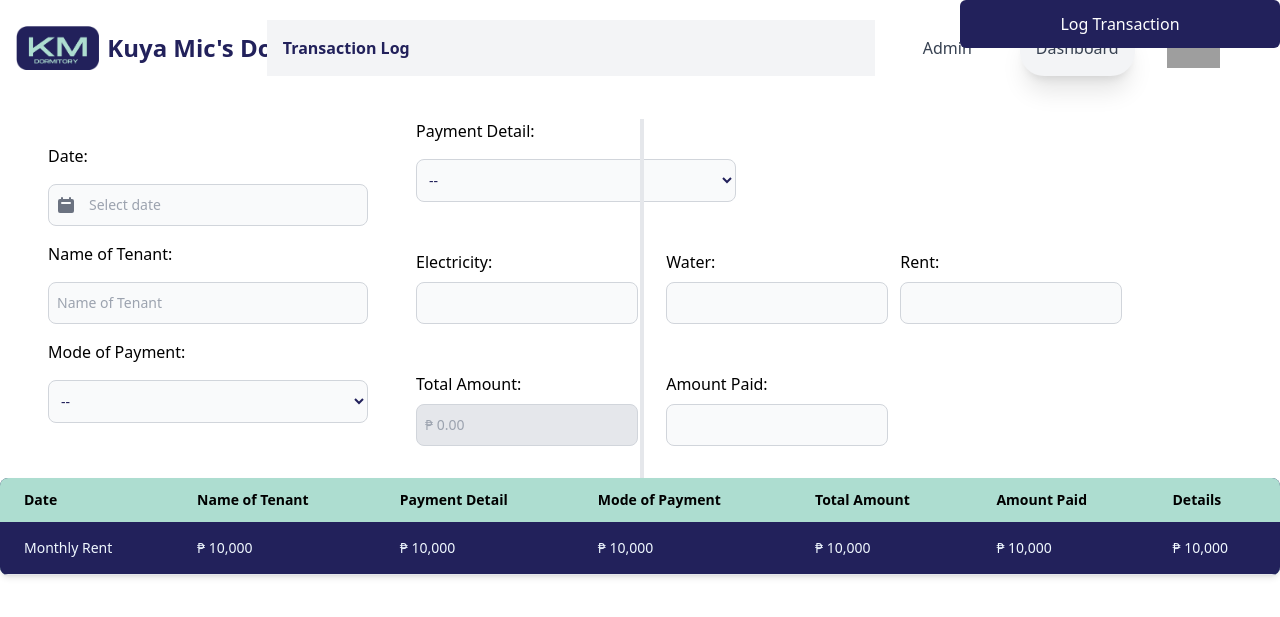
Repository: theamgri/Dormitory-Management-System
Page: paymentactivity.html
An editor plug-in stored every save of this project. The page is shown before and after a run of saves, followed by the edit.
The browser window is 1280 px wide. The pictures show the whole page.
Pictures or frames that could not be fetched are drawn as grey boxes. Some web libraries are served in a nearby version.

Above is the page before, as saved 2023-01-11 22:36:58.

After the next 2 saves:
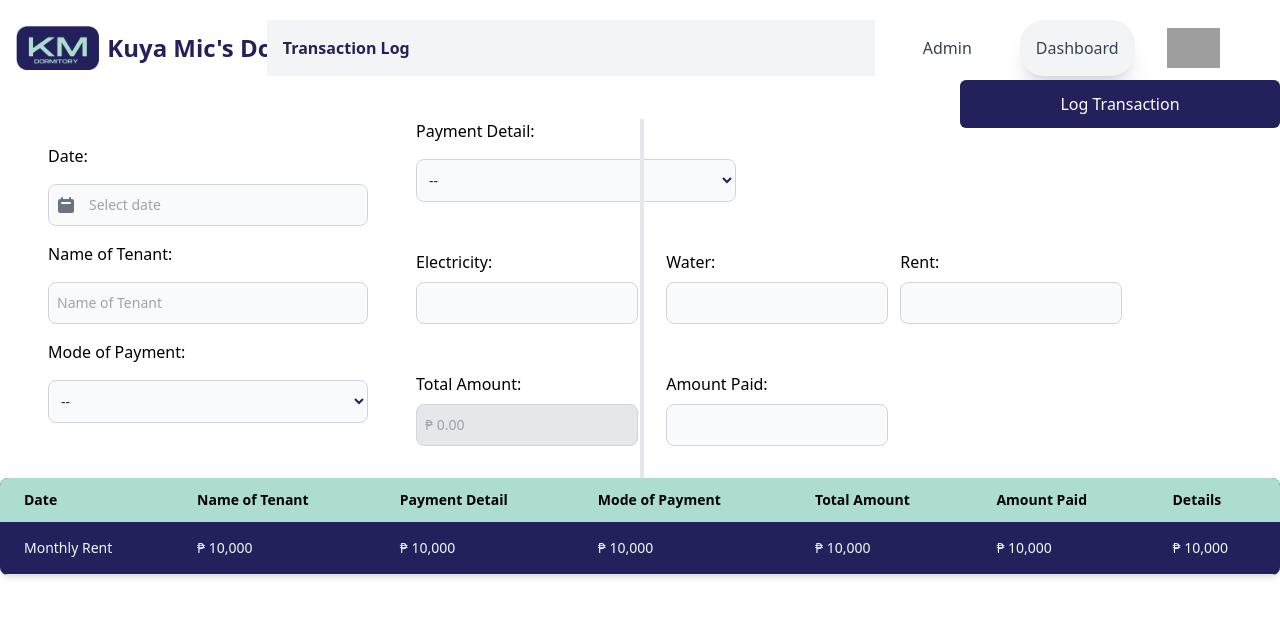
The 2 saves are shown as one change because they came seconds apart.
The last was saved 12 s later.
--- a/paymentactivity.html
+++ b/paymentactivity.html
@@ -75,7 +75,7 @@
 
 <div class="sm:fixed left-1/2 w-1 bg-gray-200" style="margin-top: -19rem; height: 25rem"></div>
 
-  <div class="absolute top-0 right-0" style="margin-left: 30rem;">
+  <div class="absolute top-20 right-0" style="margin-left: 30rem;">
     <button onclick="location.href='#'" type="submit" class="block mt-0 mb-4 text-white bg-primary-600 focus:ring-4 focus:outline-none focus:ring-primary-300 font-medium rounded-md text-md px-10 py-2.5 sm:text-center" style="background-color:#22215B; height: 3rem; width: 20rem;">Log Transaction</button>
       </div>
 
